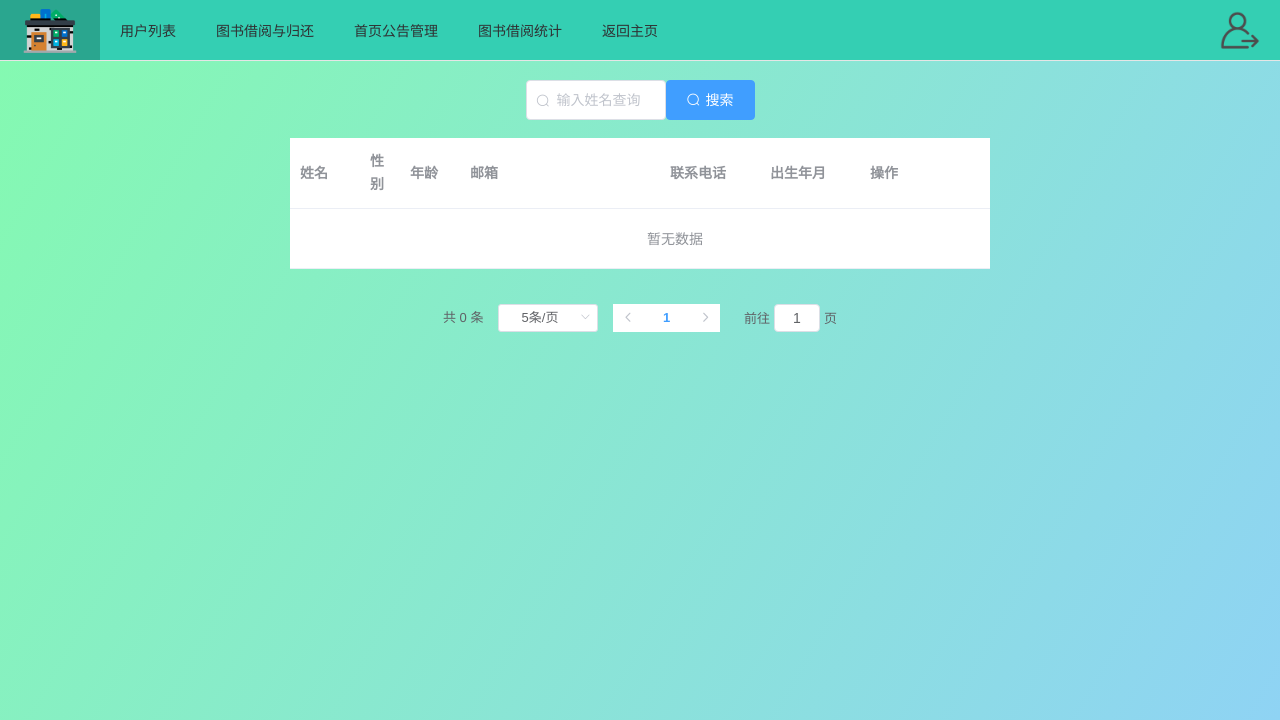
Repository: Akron-xz/helloVue
Page: /#/newissue (app in vue-library/)
An editor plug-in stored every save of this project. The page is shown before and after the next save, followed by the edit.
The browser window is 1280 px wide. The pictures show the whole page.
The page's requests for data from a server got no answer. The project was rebuilt for these pictures with package versions that can differ from the ones it lists, and the page was loaded fresh each time. No one was signed in, and anything a server would have sent is missing. Also part of the build but not shown: vue-library/src/components/homeNav.vue, vue-library/src/views/Home.vue.

Above is the page before, as saved 2020-11-24 19:41:26.

After the next save:
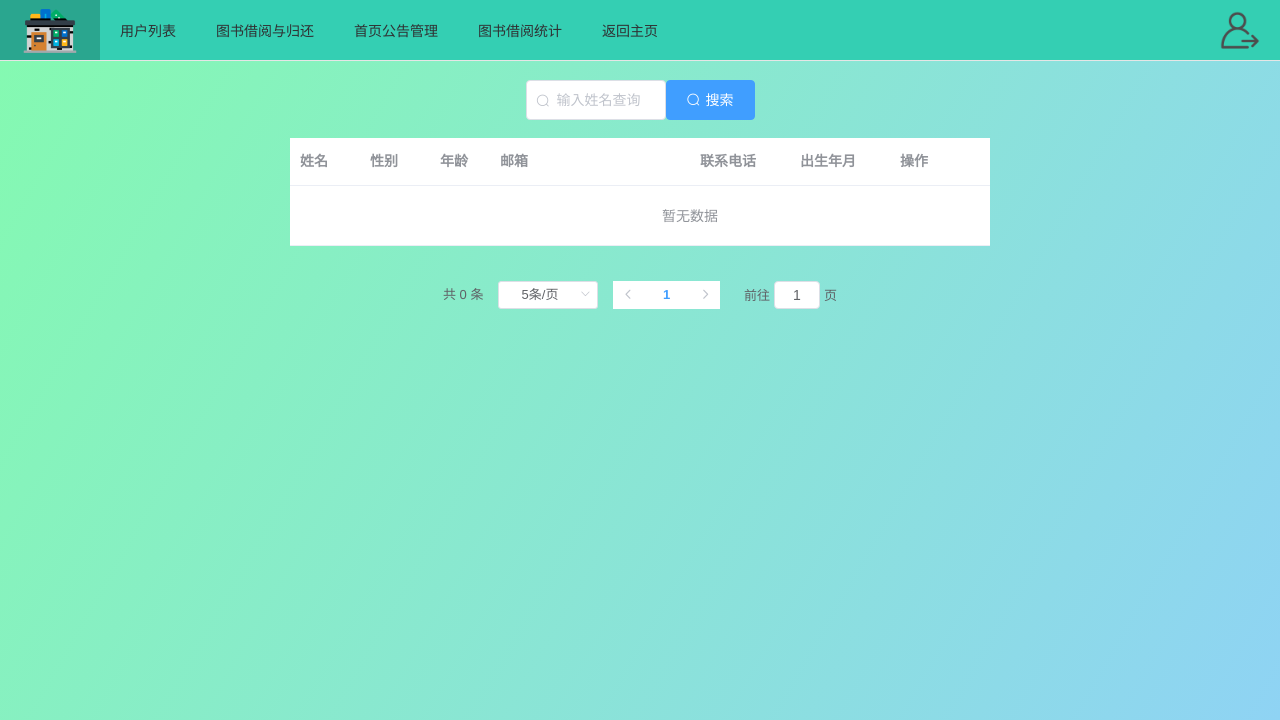
Saved 17 s later.
--- a/vue-library/src/views/NewIssue.vue
+++ b/vue-library/src/views/NewIssue.vue
@@ -36,7 +36,7 @@
       >
         <el-table-column prop="name" label="姓名" width="70">
         </el-table-column>
-        <el-table-column prop="sexStr" label="性别" width="40">
+        <el-table-column prop="sexStr" label="性别" width="70">
         </el-table-column>
         <el-table-column prop="age" label="年龄" width="60"> </el-table-column>
         <el-table-column prop="email" label="邮箱" width="200">
